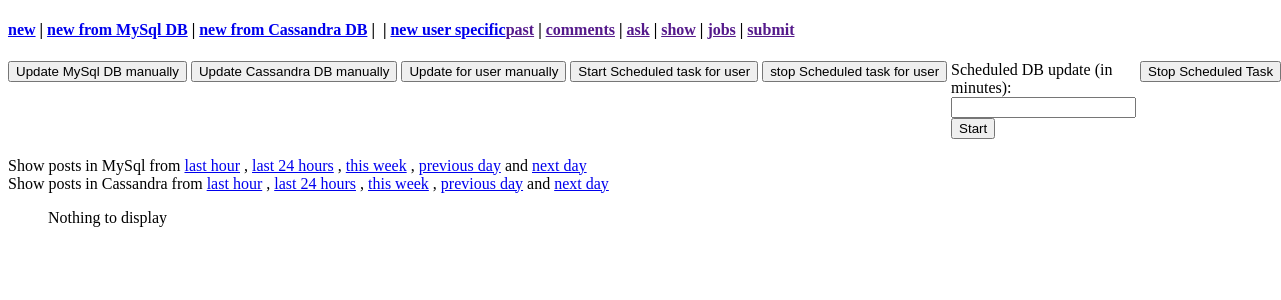
Repository: akshatmaheshwar/HackerNews-Clone
Page: http://localhost/HackerNews/dbnewest
An editor plug-in stored every save of this project. The page is shown before and after the next save, followed by the edit.
The browser window is 1280 px wide. The page is 1281 px wide, so the pictures cover 1281 px, including what lies to the right of the window. The pictures show the whole page.
The page is served by Tomcat 10. Queries for data that is not in the repository find no rows.

Above is the page before, as saved 2023-10-19 05:59:33.

After the next save:
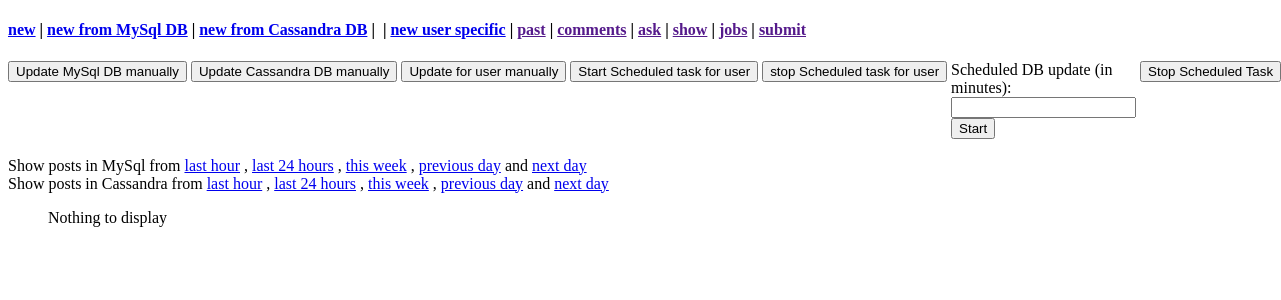
Saved 2 min 22 s later.
--- a/HackerNews/src/main/webapp/newest.jsp
+++ b/HackerNews/src/main/webapp/newest.jsp
@@ -74,7 +74,8 @@ String user = null;
 if(request.getAttribute("pagination")!=null)startNo = (int)request.getAttribute("pagination")-29;
 if(request.getAttribute("datenav")!=null)dateNav = (int)request.getAttribute("datenav");
 if(request.getAttribute("user")!=null) user = (String)request.getAttribute("user");%>
-<h4> <a href ="newest">new</a>&nbsp;|&nbsp;<a href ="dbnewest">new from MySql DB</a>&nbsp;|&nbsp;<a href ="casdbbasedonuser?user=<%=user%>">new from Cassandra DB</a>&nbsp;|&nbsp;&nbsp;|&nbsp;<a href ="casdbnewest">new user specific</a><a href ="">past</a>&nbsp;|&nbsp;<a href ="">comments</a>&nbsp;|&nbsp;<a href ="">ask</a>&nbsp;|&nbsp;<a href ="">show</a>&nbsp;|&nbsp;<a href ="">jobs</a>&nbsp;|&nbsp;<a href ="">submit</a></h4>
+<h4> <a href ="newest">new</a>&nbsp;|&nbsp;<a href ="dbnewest">new from MySql DB</a>&nbsp;|&nbsp;<a href ="casdbnewest">new from Cassandra DB</a>&nbsp;|&nbsp;&nbsp;|&nbsp;<a href ="casdbbasedonuser?user=<%=user%>">new user specific</a>&nbsp;|&nbsp;<a href ="">past</a>&nbsp;|&nbsp;<a href ="">comments</a>&nbsp;|&nbsp;<a href ="">ask</a>&nbsp;|&nbsp;<a href ="">show</a>&nbsp;|&nbsp;<a href ="">jobs</a>&nbsp;|&nbsp;<a href ="">submit</a></h4>
+
 	<div style="display: flex;">
 	<form action="dbnewest" method="post"><input type="submit" value="Update MySql DB manually"></form> &nbsp; &nbsp;
 	<form action="casdbnewest" method="post"><input type="submit" value="Update Cassandra DB manually"></form> &nbsp; &nbsp;
